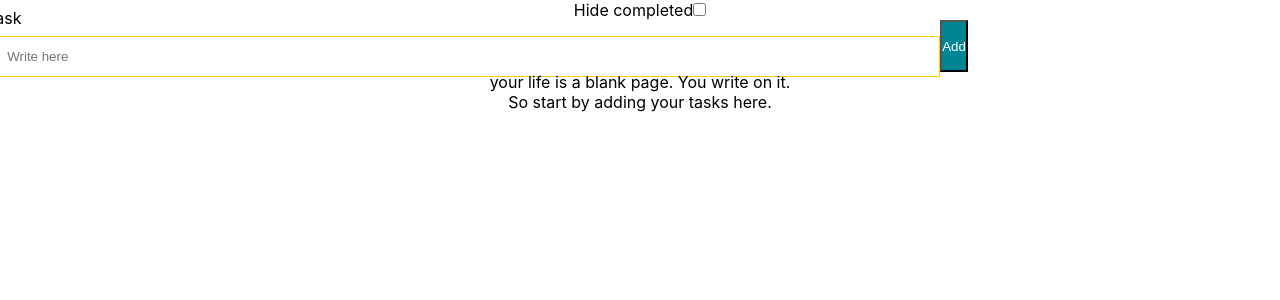
Repository: ArusyakAghajanyan/ToDoMamble
Page: /
An editor plug-in stored every save of this project. The page is shown before and after a run of saves, followed by the edit.
The browser window is 1280 px wide. The pictures show the whole page.
The project was rebuilt for these pictures with package versions that can differ from the ones it lists, and the page was loaded fresh each time. Also part of the build but not shown: src/components/ToDoItem.jsx, src/components/confirm.css, src/components/Confirm.jsx.

Above is the page before, as saved 2022-05-23 12:28:54.

### src/App.js

import './App.css';
import AddItem from './components/AddItem';
import ToDoList from './components/ToDoList';
import Confirm from './components/Confirm';
import {useState,useEffect} from 'react'


function App() {
  const [todo, setTodo]=useState([]);
  const [filteredTodo,setFilteredTodo]=useState([]);
  const [modal, setModal] = useState(false);
const [confirmStatus, setConfirmStatus] = useState(false);
  const [deleteItem, setDeletItem] = useState({});

  function modalStatus(status, item){
    console.log(status, item);
    setModal(status);
    setDeletItem(item);

  }
  function confirmDelete(status){
    console.log("deletestatus=", status);
    if(status === "no") {
      setConfirmStatus(false);
      setModal(false);
    }else if (status === "yes"){
      setConfirmStatus(true);
      setModal(false)
    }
  }
  function filter(check){
    if(check){
      setFilteredTodo(todo.filter(td => td.isCompleted))
    }else{
      setFilteredTodo([]);
    }
  }

  useEffect(()=>{
    console.log("confirmStatus=", confirmStatus);
    if(confirmStatus){
      setTodo(todo.filter(value => value.id !== deleteItem.id));
      setDeletItem({});
    }
    setConfirmStatus(false);
      console.log(modal);

  },[confirmStatus])

useEffect(() => {
  let todos;
  let storageData = localStorage.getItem("todos");
  if(storageData !== "undefined"){
    todos = JSON.parse(storageData);
  }
  if(todos) setTodo(todos);
}, [])

useEffect(() => {
 if(todo.length > 0) localStorage.setItem("todos",JSON.stringify(todo))
 if(todo.length == 0) localStorage.clear();
}, [todo])

  return (
    <div className="App">
      <label htmlFor="filter">
      Hide completed
      <input id="filter" type="checkbox" onChange={(e)=>{
      filter(e.target.checked)
      }} />
      </label>
      <AddItem onAdd={(text)=>{
        setTodo([{
          id:Math.random(),
          text:text,
          isCompleted:false
        },...todo])
      }}/>
      <ToDoList
      todo={filteredTodo.length > 0 ? todo.filter(td => !td.isCompleted):todo}
      modalStatus={modalStatus}
      onChange={(newItem)=>{
      setTodo(todo.map(td=>{
        if(td.id==newItem.id){
          return newItem
        }
        return td
      }))
      }}
      />
       { modal && <Confirm confirmDelete={confirmDelete} modalStatus={modalStatus}/>}
    </div>
  );
}

export default App;

### src/components/AddItem.jsx
import {React, useState, useEffect, useRef} from 'react'
import './addItem.css'

export default function AddItem({onAdd}) {
    const [text, setText] = useState("");
    const[errorMes,setErrorMes] = useState("");
    const inputText = useRef(0);
    let validText = "";
    useEffect(() => {
        inputText.current.addEventListener("keyup",(e)=>{
            let id=setTimeout(()=>{
            validText = e.target.value;
            if(validText.length >= 54 ){
             setErrorMes("Task content can contain max 54 characters.")
            } else {
                setErrorMes("");
                setText(validText);
            }
            },1000);
            return () => clearTimeout(id)
        })
    }, [text])

    return (

      <form
      className="formTask"
      onSubmit={(e)=>{
          e.preventDefault();
          if(errorMes==="" && text !=="") onAdd(text);
          if(errorMes==="") setText("");
      }}>
      <div id="formDiv">
       <div className="inputDiv">
            <label className="taskLabel" htmlFor="inputText"> Task
            </label>
            <input
            id="inputText"
            type="text"
            style={errorMes ? {borderColor: 'red'} : {borderColor:'#FFCD04'}}
            ref= {inputText}
             value={text}
             placeholder="Write here"
            onChange={(e)=>{
            setText(e.target.value)
            }}/>
            <p>{errorMes}</p>
            </div>
            <button className="addbut">Add</button>

            </div>
         </form>

    )
}

### src/components/ToDoList.jsx
import React from 'react';
import ToDoItem from './ToDoItem'

export default function ToDoList({todo,modalStatus,onChange}) {
    return (
        <div>
           {todo && todo.length > 0 ? todo.map(item=>{
               return (
<ToDoItem
key={item.id}
item = {item}
modalStatus={modalStatus}
onChange={onChange}
/>
               )
           }):
            <>
            <p>your life is a blank page. You write on it.</p>
            <p>So start by adding your tasks here.</p>
            </>
        }
        </div>
    )
}

### src/components/addItem.css
*{
    margin: 0;
    padding: 0;
    box-sizing: border-box;
}
.addbut{
    background-color: #008594;
    color: #FFFFFF;
    width: 100px;
    height: 52px;
}
#formDiv{
    display: flex;
    justify-content: center;
    align-items: center;
    height: 52px;
    flex: en;

}
#inputText{
    position: center;
    width: 954px;
    padding: 12px 20px;
    margin: 8px 0;
    border: 1px solid #FFCD04;
    outline: none;


}
#inputText:hover{
    border: 1px solid rgb(90, 10, 90)
}
.taskLabel{

    float: left;

}
.formTask{
    width: 954px;
}

### src/components/toDoItem.css
*{
   margin: 0;
   padding: 0;
   box-sizing: border-box;
}

Loaded but not shown: public/index.html (common file); src/index.js (common file); src/index.css (common file); src/reportWebVitals.js (common file); src/App.css (common file)

After the next 3 saves:
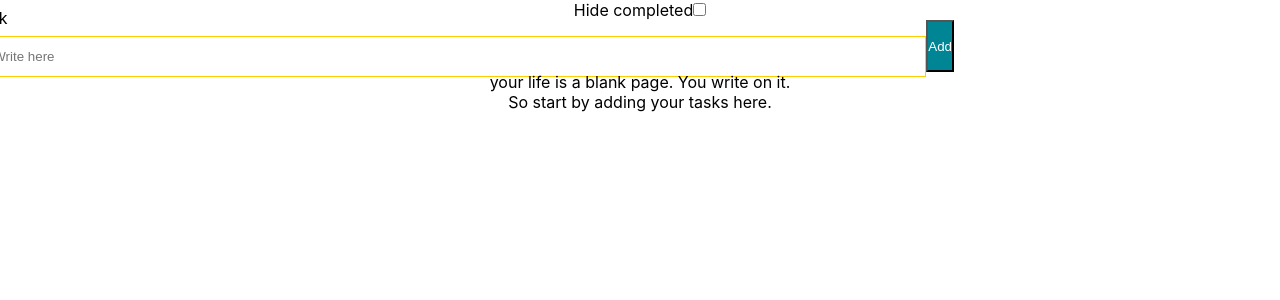
The 3 saves are shown as one change because they came seconds apart.
The last was saved 10 s later.
--- a/src/components/addItem.css
+++ b/src/components/addItem.css
@@ -11,10 +11,10 @@
 }
 #formDiv{
     display: flex;
-    justify-content: center;
+    justify-content: flex-end;
     align-items: center;
     height: 52px;
-    flex: en;
+
 
 }
 #inputText{
